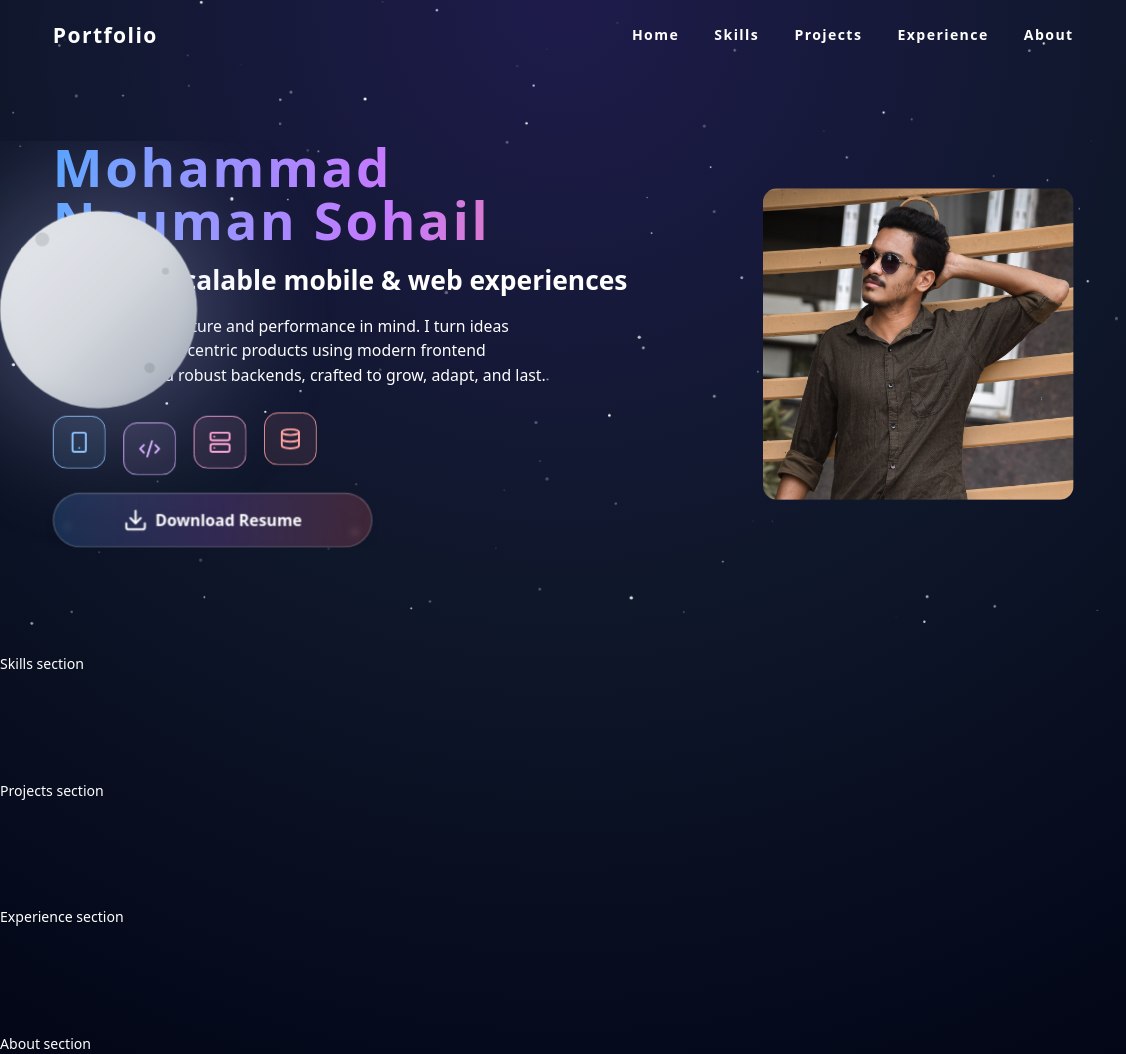
Repository: NoumanSohail/Nouman-Sohail-Portfolio
Page: /
The author's editor kept a copy of each file at every save. The page is drawn from the files as they stood at one save, then again after the next save.
The browser window is 1280 px wide. The pictures show the whole page, at 88% of full size.
The project was rebuilt for these pictures with package versions that can differ from the ones it lists, and the page was loaded fresh each time. The framework's server and built-in components were replaced by stand-ins that run in the browser. Also part of the build but not shown: next.config.ts.

Above is the page before, as saved 2026-01-24 22:18:49.

After the next save:
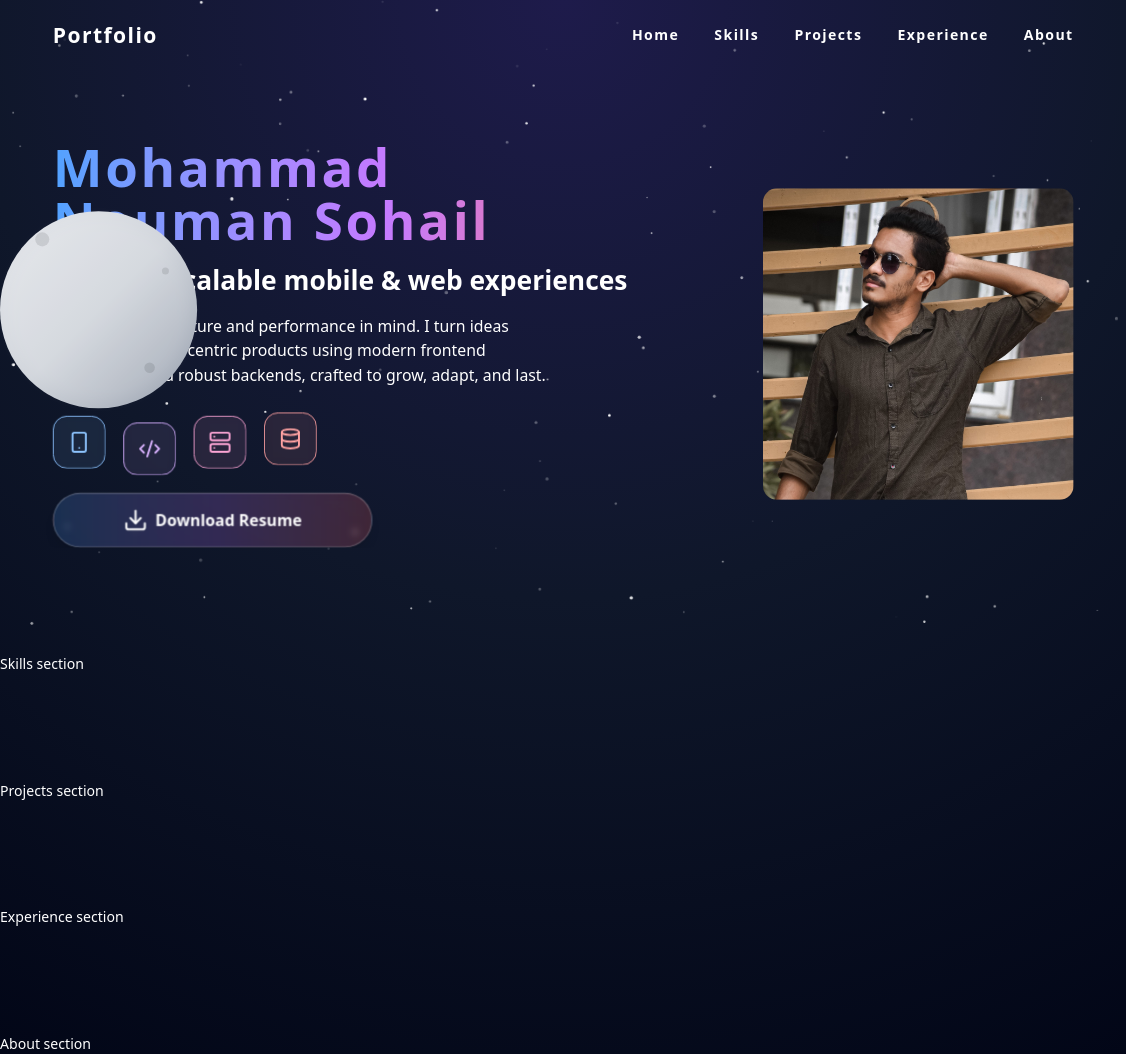
Saved 20 s later.
--- a/app/components/sections/Hero.tsx
+++ b/app/components/sections/Hero.tsx
@@ -20,8 +20,6 @@ const Hero = () => {
              w-44 h-44 xl:w-56 xl:h-56
              rounded-full
              bg-gradient-to-br from-gray-200 via-gray-300 to-gray-400
-             shadow-[0_0_120px_40px_rgba(200,200,255,0.25)]
-             animate-pulse
              [animation-duration:4s]
              z-0"
       >
